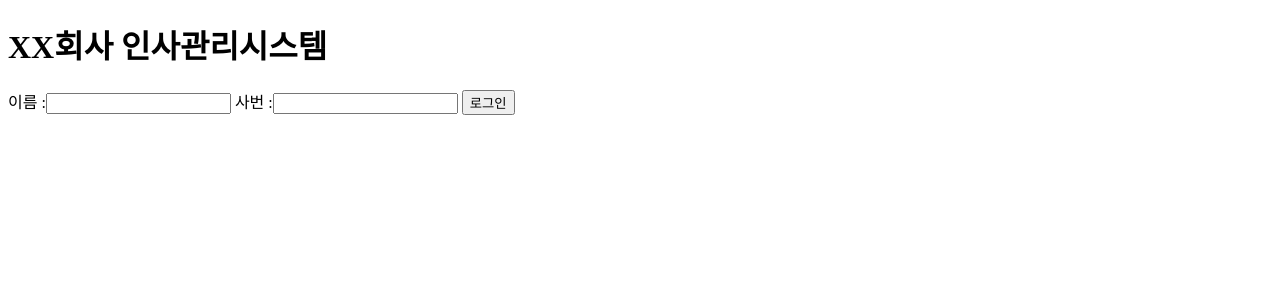
Repository: BangHoJung/jsp2
Page: http://localhost/EmployeeProject/login.jsp
The author's editor kept a copy of each file at every save. The page is drawn from the files as they stood at one save, then again after the next save.
The browser window is 1280 px wide. The pictures show the whole page.
The page is served by Tomcat 9.

Above is the page before, as saved 2021-01-15 06:24:35.

After the next save:
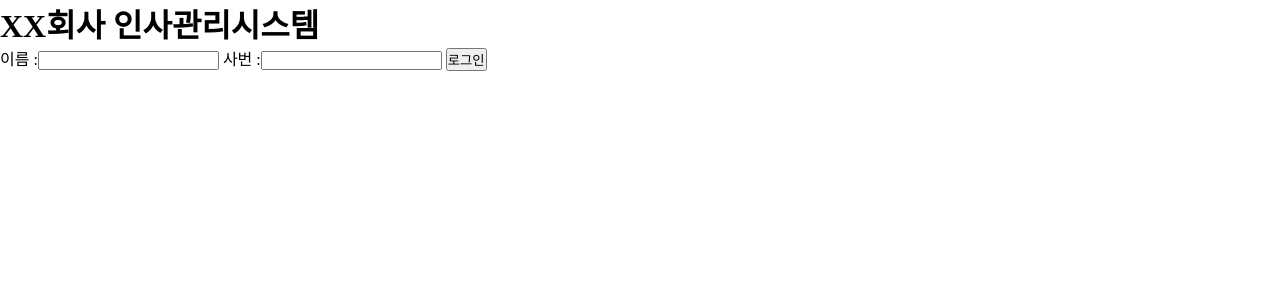
Saved 24 s later.
--- a/EmployeeProject/WebContent/login.jsp
+++ b/EmployeeProject/WebContent/login.jsp
@@ -5,6 +5,12 @@
 <head>
 <meta charset="UTF-8">
 <title>Insert title here</title>
+<style type="text/css">
+	* {
+		margin:0;
+		padding:0;
+	}
+</style>
 </head>
 <body>
 	<h1>XX회사 인사관리시스템</h1>
